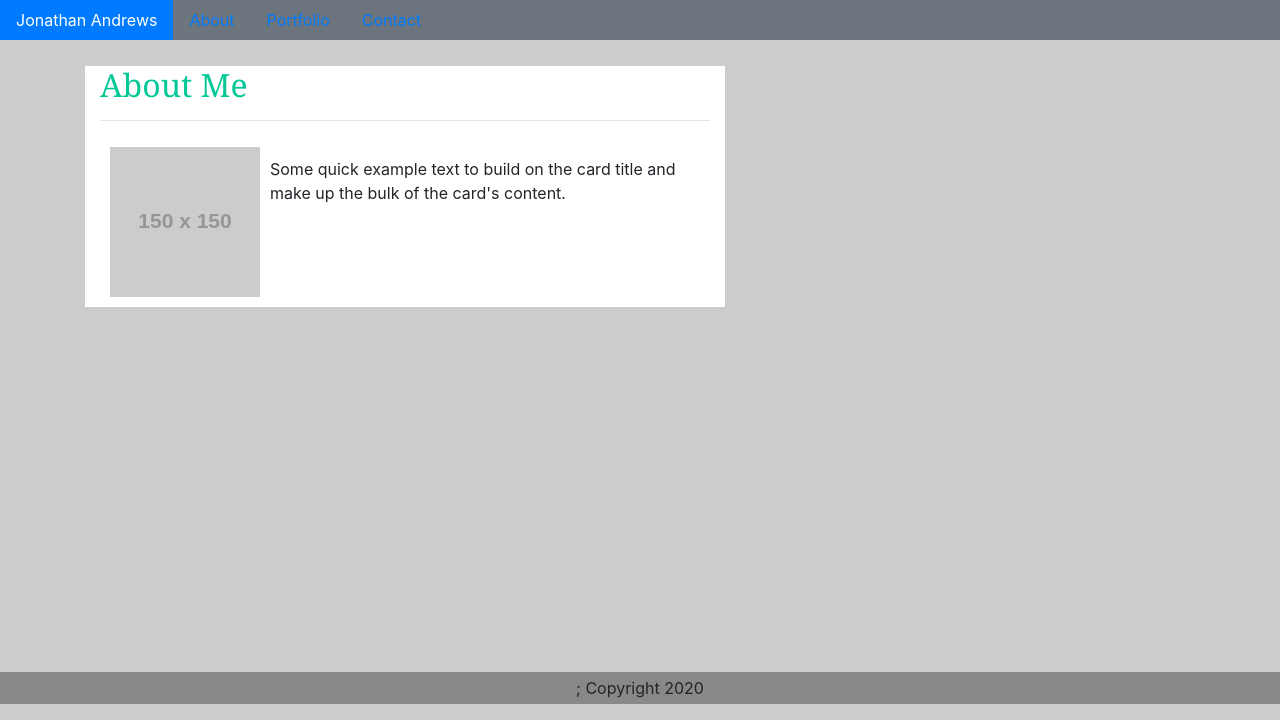
Repository: ionathas78/ionathas78.github.io
Page: index.html
The author's editor kept a copy of each file at every save. The page is drawn from the files as they stood at one save, then again after the next save.
The browser window is 1280 px wide. The pictures show the whole page.

Above is the page before, as saved 2020-03-14 21:13:40.

### index.html
<!DOCTYPE html>
<html lang="en">
<head>
    <meta charset="UTF-8">
    <meta name="viewport" content="width=device-width, initial-scale=1.0">
    <title>Document</title>

    <link rel="stylesheet" href="https://stackpath.bootstrapcdn.com/bootstrap/4.4.1/css/bootstrap.min.css" integrity="sha384-Vkoo8x4CGsO3+Hhxv8T/Q5PaXtkKtu6ug5TOeNV6gBiFeWPGFN9MuhOf23Q9Ifjh" crossorigin="anonymous">
</head>
<body style="background-color: #ccc">
    <header>
        <ul class="nav bg-secondary">
            <li class="nav-item bg-primary">
              <a class="nav-link active" href="#" style="color: white;">Jonathan Andrews</a>
            </li>
            <li class="nav-item">
              <a class="nav-link" href="index.html">About</a>
            </li>
            <li class="nav-item">
              <a class="nav-link" href="portfolio.html">Portfolio</a>
            </li>
            <li class="nav-item">
                <a class="nav-link" href="contact.html">Contact</a>
            </li>
        </ul>
    </header>

    <div class="container">
        <div class="row">
            <div class="col-lg-4">
                <div class="container clearfix" style="width: 50vw; max width: 900px; background-color: white; margin-top: 2vw;">
                    <h2 style="color: rgb(0, 200, 150); font-family: Georgia, 'Times New Roman', Times, serif; font-weight: 300%;">About Me</h2>
                    <hr>
                    <img src="https://via.placeholder.com/150" class="float-left" alt="My Index Pic" style="margin: 10px 10px;">
                        <div class="card-body">
                      <p>Some quick example text to build on the card title and make up the bulk of the card's content.</p>
                    </div>
                  </div>
            </div>
        </div>
    </div>

    <footer>
        <p style="position: fixed;
            bottom: 0;
            background-color: #888;
            line-height: 200%;
            text-align: center;
            width: 100%;">
            ; Copyright 2020
        </p>
    </footer>
    <!-- JS Scripts -->

    <script src="https://code.jquery.com/jquery-3.4.1.slim.min.js" integrity="sha384-J6qa4849blE2+poT4WnyKhv5vZF5SrPo0iEjwBvKU7imGFAV0wwj1yYfoRSJoZ+n" crossorigin="anonymous"></script>
    <script src="https://cdn.jsdelivr.net/npm/popper.js@1.16.0/dist/umd/popper.min.js" integrity="sha384-Q6E9RHvbIyZFJoft+2mJbHaEWldlvI9IOYy5n3zV9zzTtmI3UksdQRVvoxMfooAo" crossorigin="anonymous"></script>
    <script src="https://stackpath.bootstrapcdn.com/bootstrap/4.4.1/js/bootstrap.min.js" integrity="sha384-wfSDF2E50Y2D1uUdj0O3uMBJnjuUD4Ih7YwaYd1iqfktj0Uod8GCExl3Og8ifwB6" crossorigin="anonymous"></script>
</body>
</html>

After the next save:
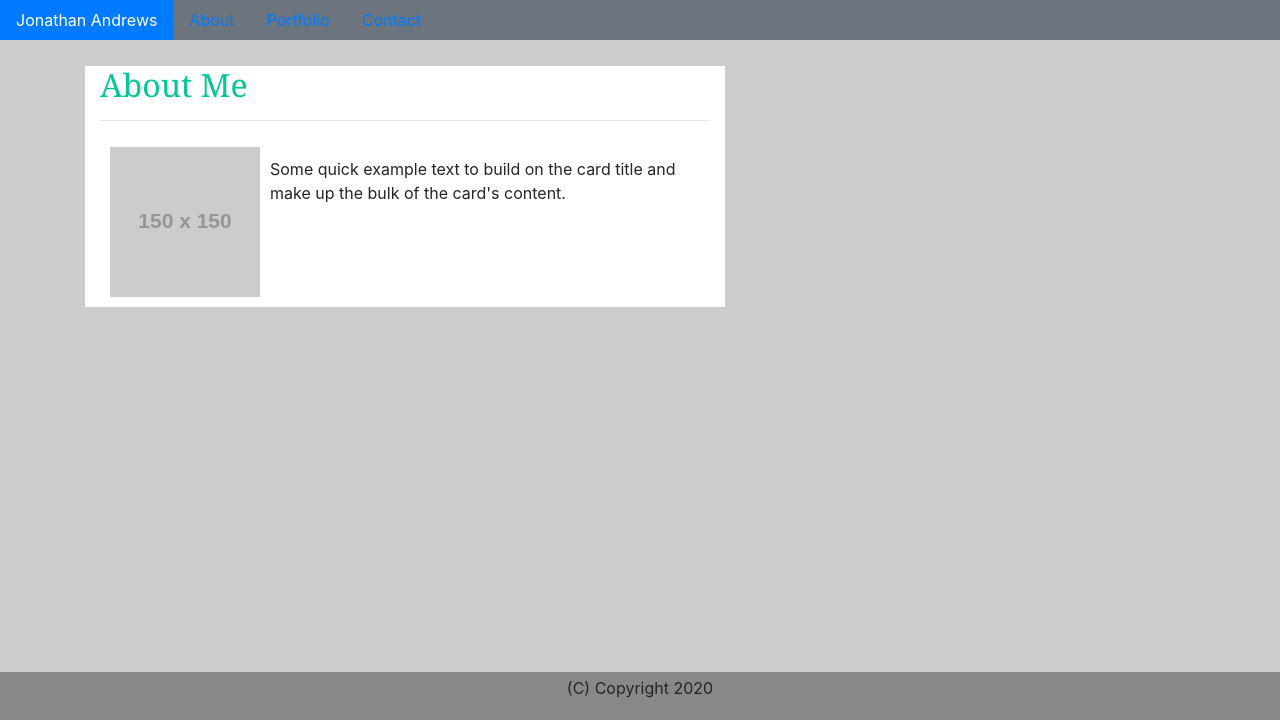
Saved 7 min 19 s later.
--- a/index.html
+++ b/index.html
@@ -40,14 +40,9 @@
         </div>
     </div>
 
-    <footer>
-        <p style="position: fixed;
-            bottom: 0;
-            background-color: #888;
-            line-height: 200%;
-            text-align: center;
-            width: 100%;">
-            ; Copyright 2020
+    <footer style="position: fixed; bottom: 0; background-color: #888; width: 100%;">
+        <p style="line-height: 200%; text-align: center;">
+            (C) Copyright 2020
         </p>
     </footer>
     <!-- JS Scripts -->
